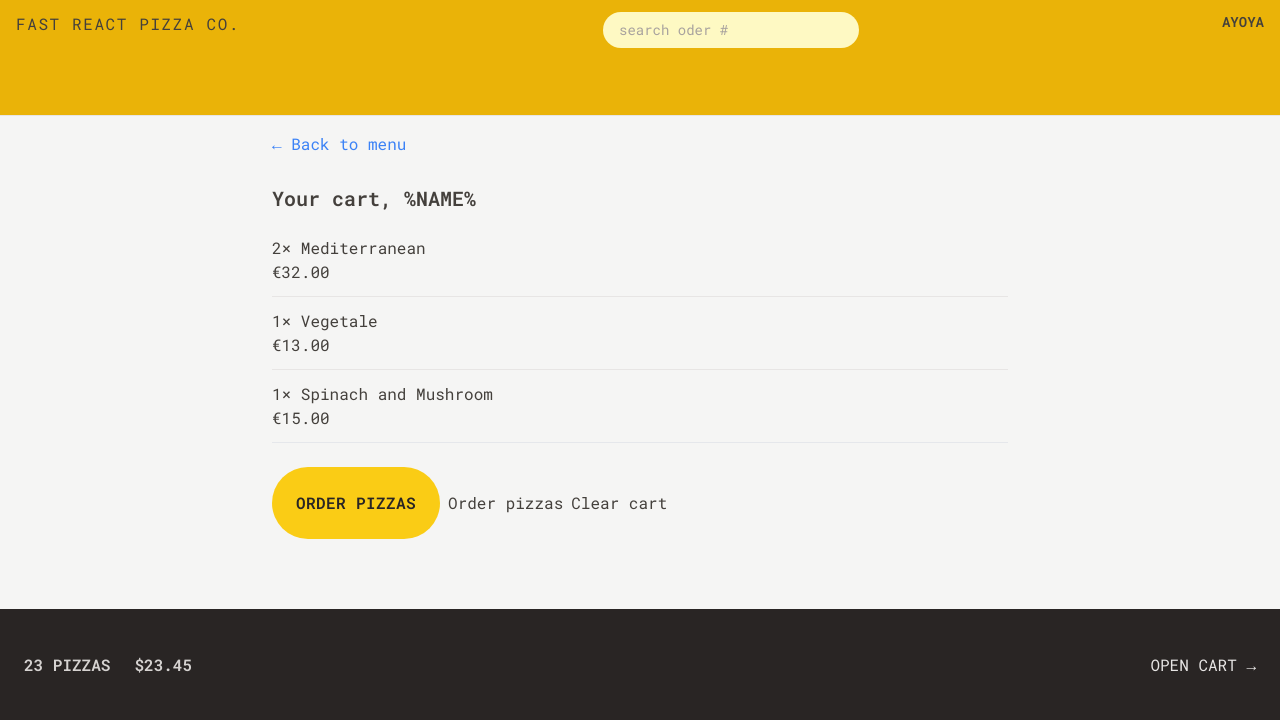
Repository: ayakhaled0001/pizza-delivery
Page: /cart
An editor plug-in stored every save of this project. The page is shown before and after the next save, followed by the edit.
The browser window is 1280 px wide. The pictures show the whole page.
The project was rebuilt for these pictures with package versions that can differ from the ones it lists, and the page was loaded fresh each time. Also part of the build but not shown: vite.config.js, src/features/user/CreateUser.jsx, src/ui/Home.jsx, src/services/apiRestaurant.jsx, src/features/menu/MenuItem.jsx, src/features/menu/Menu.jsx, src/features/order/Order.jsx, src/ui/Loader.jsx and 1 more. Imported but missing from the stored project, and not drawn on this page: src/features/order/CreateOrder.

Above is the page before, as saved 2025-05-01 15:27:32.

### index.html
<!DOCTYPE html>
<html lang="en">
  <head>
    <meta charset="UTF-8" />
    <link rel="icon" type="image/svg+xml" href="/vite.svg" />
    <meta name="viewport" content="width=device-width, initial-scale=1.0" />
    <link rel="preconnect" href="https://fonts.googleapis.com" />
    <link rel="preconnect" href="https://fonts.gstatic.com" crossorigin />
    <link
      href="https://fonts.googleapis.com/css2?family=Roboto+Mono:ital,wght@0,100..700;1,100..700&display=swap"
      rel="stylesheet" />
    <title>Vite + React</title>
  </head>
  <body class="bg-stone-100 text-stone-700">
    <div id="root"></div>
    <script type="module" src="/src/main.jsx"></script>
  </body>
</html>

### src/App.jsx
import { createBrowserRouter, RouterProvider } from "react-router-dom";
import Home from "./ui/Home";
import Menu, { loader as menuLoader } from "./features/menu/Menu";
import Cart from "./features/cart/Cart";
import CreateOrder, {
  action as CreateOrderAction,
} from "./features/order/CreateOrder";
import Order, { loader as orderLoader } from "./features/order/Order";
import AppLayout from "./ui/AppLayout";
import Error from "./ui/Error";
const router = createBrowserRouter([
  {
    element: <AppLayout />,
    children: [
      { path: "/", element: <Home /> },
      {
        path: "/menu",
        element: <Menu />,
        loader: menuLoader,
        errorElement: <Error />,
      },
      { path: "/cart", element: <Cart /> },
      {
        path: "/order/new",
        element: <CreateOrder />,
        action: CreateOrderAction,
      },
      {
        path: "/order/:orderId",
        element: <Order />,
        loader: orderLoader,
        errorElement: <Error />,
      },
    ],
  },
]);
function App() {
  return <RouterProvider router={router} />;
}

export default App;

### src/index.css
@tailwind base;
@tailwind components;
@tailwind utilities;

@layer components {
  .input {
    @apply w-full rounded-full border
    border-stone-200
    px-4 py-2 text-sm transition-all
    duration-300 focus:outline-none
    focus:ring focus:ring-yellow-400
    md:px-5;
  }

  .loader {
    width: 45px;
    aspect-ratio: 0.75;
    --c: no-repeat linear-gradient(theme(colors.stone.700) 0 0);
    background: var(--c) 0% 50%, var(--c) 50% 50%, var(--c) 100% 50%;
    background-size: 20% 50%;
    animation: loading 1s infinite linear;
  }

  @keyframes loading {
    20% {
      background-position: 0% 0%, 50% 50%, 100% 50%;
    }
    40% {
      background-position: 0% 100%, 50% 0%, 100% 50%;
    }
    60% {
      background-position: 0% 50%, 50% 100%, 100% 0%;
    }
    80% {
      background-position: 0% 50%, 50% 50%, 100% 100%;
    }
  }
}

/* body {
  font-family: system-ui, -apple-system, BlinkMacSystemFont, "Segoe UI", Roboto,
    Oxygen, Ubuntu, Cantarell, "Open Sans", "Helvetica Neue", sans-serif;
  background-color: #f7f7f7;
  color: #444;
}

.layout {
  display: grid;
  grid-template-rows: auto 1fr auto;
  gap: 32px;
  height: 100dvh;
} */

/* https://dev.to/afif/i-made-100-css-loaders-for-your-next-project-4eje */

### src/features/cart/Cart.jsx
import { Link } from "react-router-dom";
import LinkButton from "../../ui/LinkButton";
import Button from "../../ui/Button";
import CartItem from "./CartItem";

const fakeCart = [
  {
    pizzaId: 12,
    name: "Mediterranean",
    quantity: 2,
    unitPrice: 16,
    totalPrice: 32,
  },
  {
    pizzaId: 6,
    name: "Vegetale",
    quantity: 1,
    unitPrice: 13,
    totalPrice: 13,
  },
  {
    pizzaId: 11,
    name: "Spinach and Mushroom",
    quantity: 1,
    unitPrice: 15,
    totalPrice: 15,
  },
];

function Cart() {
  const cart = fakeCart;

  return (
    <div className="px-4 py-4">
      <LinkButton to="/menu">&larr; Back to menu</LinkButton>

      <h2 className="mt-7 text-xl font-semibold">Your cart, %NAME%</h2>
      <ul className="divide-y divide-stone-200 border-b mt-3 ">
        {cart.map((item) => (
          <CartItem key={item.key} item={item} />
        ))}
      </ul>
      <div className="mt-6 space-x-2">
        <Button to="/order/new">Order pizzas</Button>
        <Link>Order pizzas</Link>
        <button>Clear cart</button>
      </div>
    </div>
  );
}

export default Cart;

### src/ui/AppLayout.jsx
import Header from "./Header";
import CartOverview from "../features/cart/CartOverview";
import { Outlet, useNavigation } from "react-router-dom";
import Loader from "./Loader";

function AppLayout() {
  const navigation = useNavigation();
  const isLoading = navigation.state === "loading";
  console.log(navigation.state);
  return (
    <div className="grid h-screen grid-row-[auto_1fr_auto]">
      {isLoading && <Loader />}

      <Header />
      <div className="">
        <main className="max-w-3xl mx-auto">
          <Outlet />
        </main>
      </div>
      <CartOverview />
    </div>
  );
}

export default AppLayout;

### src/ui/LinkButton.jsx
import { Link, useNavigate } from "react-router-dom";

function LinkButton({ children, to }) {
  const navigate = useNavigate();
  if (to === -1)
    return (
      <button
        onClick={() => navigate(-1)}
        className="tex-sm text-blue-500 hover:text-blue-700 hover:underline">
        {children}
      </button>
    );
  return (
    <Link
      to={to}
      className="tex-sm text-blue-500 hover:text-blue-700 hover:underline">
      {children}
    </Link>
  );
}

export default LinkButton;

### src/ui/Button.jsx
import { Link } from "react-router-dom";

function Button({ disabled, children, to }) {
  const className = `bg-yellow-400 uppercase font-semibold
    text-stone-800 py-3 px-4
     inline-block tracking-wide
     rounded-full hover:bg-yellow-300  transition-all duration-300
    focus:outline-none focus:ring focus:ring-yellow-300 focus:ring-offset-2
    disabled:cursor-not-allowed sm:px-6 sm:py-6`;
  if (to)
    return (
      <Link to={to} className={className}>
        {children}
      </Link>
    );
  return (
    <button disabled={disabled} className={className}>
      {children}
    </button>
  );
}

export default Button;

### src/features/cart/CartItem.jsx
import { formatCurrency } from "../../utilities/helpers";

function CartItem({ item }) {
  const { pizzaId, name, quantity, totalPrice } = item;

  return (
    <li className="py-3">
      <p>
        {quantity}&times; {name}
      </p>
      <div>
        <p>{formatCurrency(totalPrice)}</p>
      </div>
    </li>
  );
}

export default CartItem;

### src/ui/Header.jsx
import { Link } from "react-router-dom";
import SearchOrder from "../features/order/SearchOrder.jsx";
import UserName from "../features/user/UserName.jsx";

function Header() {
  return (
    <header className=" flex justify-between bg-yellow-500 px-4 py-3 uppercase border-b border-stone-200">
      <Link to="/" className="tracking-widest">
        Fast React Pizza Co.
      </Link>
      <SearchOrder />
      <UserName />
    </header>
  );
}

export default Header;

### src/features/cart/CartOverview.jsx
import { Link } from "react-router-dom";

function CartOverview() {
  return (
    <div
      className="bg-stone-800 text-stone-200 uppercase p-4 sm:px-6 px-4 py-4
    md:text-base flex items-center justify-between">
      <p className="text-stone-300 sm:space-x-6 font-semibold space-x-4">
        <span>23 pizzas</span>
        <span>$23.45</span>
      </p>
      <Link to="/cart">Open cart &rarr;</Link>
    </div>
  );
}

export default CartOverview;

### src/features/order/SearchOrder.jsx
import { useState } from "react";
import { useNavigate } from "react-router-dom";

function SearchOrder() {
  const [query, setQuery] = useState("");
  const navigate = useNavigate();
  function handleSubmit(e) {
    e.preventDefault();
    if (!query) return;
    navigate(`/order/${query}`);
    setQuery("");
  }
  return (
    <form onSubmit={handleSubmit}>
      <input
        placeholder="search oder #"
        value={query}
        onChange={(e) => setQuery(e.target.value)}
        className="duration-300 sm:w-64 focus:outline-none focus:ring
         focus:ring-yellow-500 focus:ring-opacity-50  sm:focus:w-72 transition-all w-28
         bg-yellow-100 rounded-full px-4 py-2 text-sm placeholder:text-stone-400"
      />
    </form>
  );
}

export default SearchOrder;

### src/features/user/UserName.jsx
function UserName() {
  return <div className="hidden md:block text-sm font-semibold">ayoya</div>;
}

export default UserName;

### tailwind.config.js
/** @type {import('tailwindcss').Config} */
export default {
  content: ["./index.html", "./src/**/*.{js,jsx,ts,tsx}"],
  theme: {
    fontFamily: {
      sans: "Roboto Mono , monospace",
    },
    extend: {
      fontSize: {
        huge: ["80rem", { lineHeight: "1" }],
      },
      height: {
        screen: "100dvh",
      },
    },
  },
  plugins: [],
};

Loaded but not shown: src/main.jsx (common file); src/utilities/helpers.jsx (common file)

After the next save:
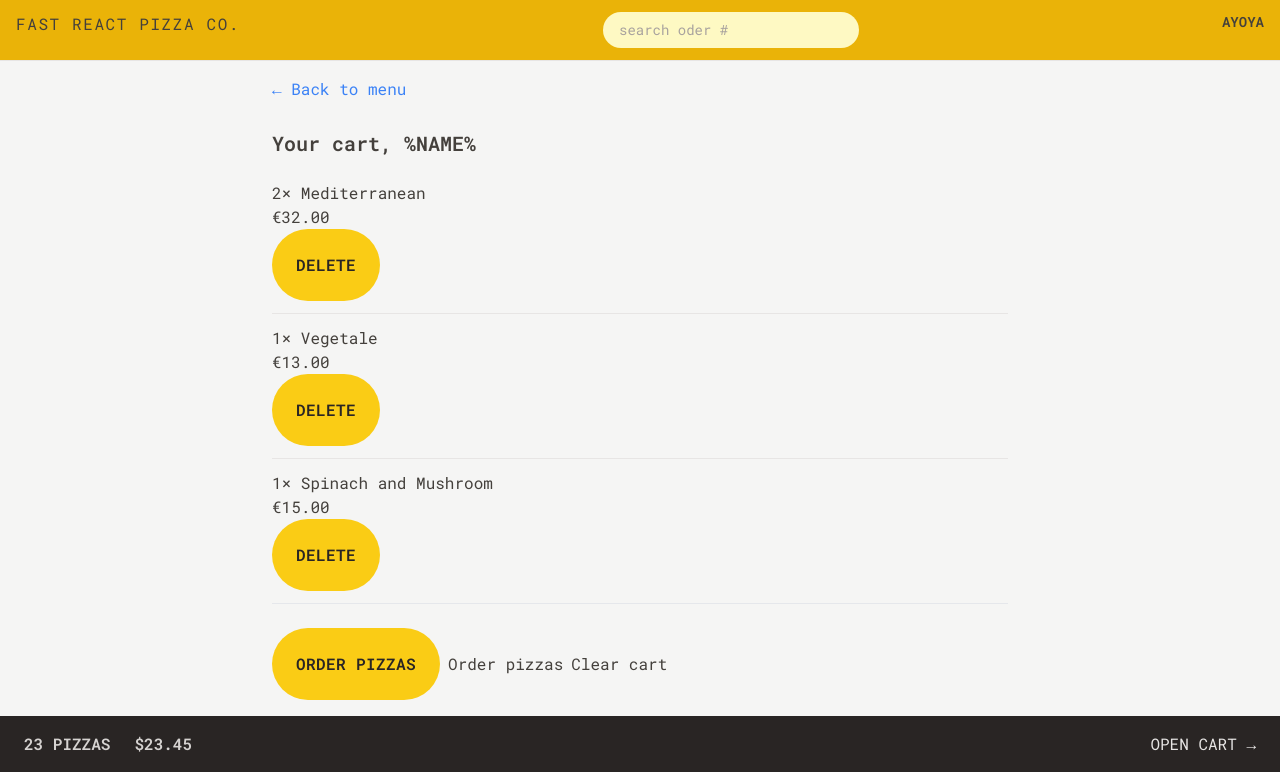
Saved 24 s later.
--- a/src/features/cart/CartItem.jsx
+++ b/src/features/cart/CartItem.jsx
@@ -1,3 +1,4 @@
+import Button from "../../ui/Button";
 import { formatCurrency } from "../../utilities/helpers";
 
 function CartItem({ item }) {
@@ -10,6 +11,7 @@ function CartItem({ item }) {
       </p>
       <div>
         <p>{formatCurrency(totalPrice)}</p>
+        <Button>Delete</Button>
       </div>
     </li>
   );
